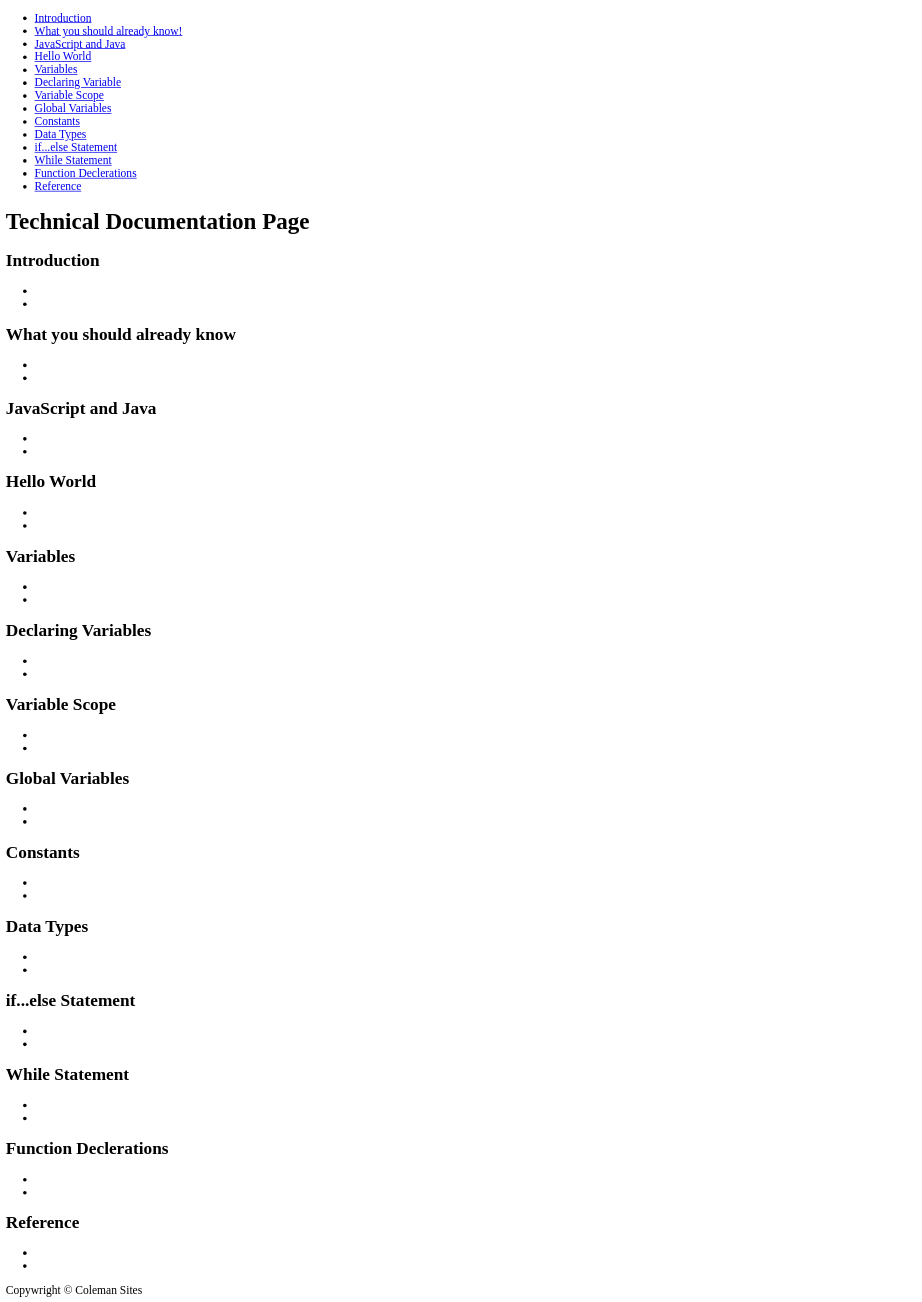
Repository: ctcoleman/technicalDocumentationPage
Page: index.html
The author's editor kept a copy of each file at every save. The page is drawn from the files as they stood at one save, then again after the next save.
The browser window is 1280 px wide. The pictures show the whole page, at 72% of full size.

Above is the page before, as saved 2020-07-09 21:51:09.

After the next save:
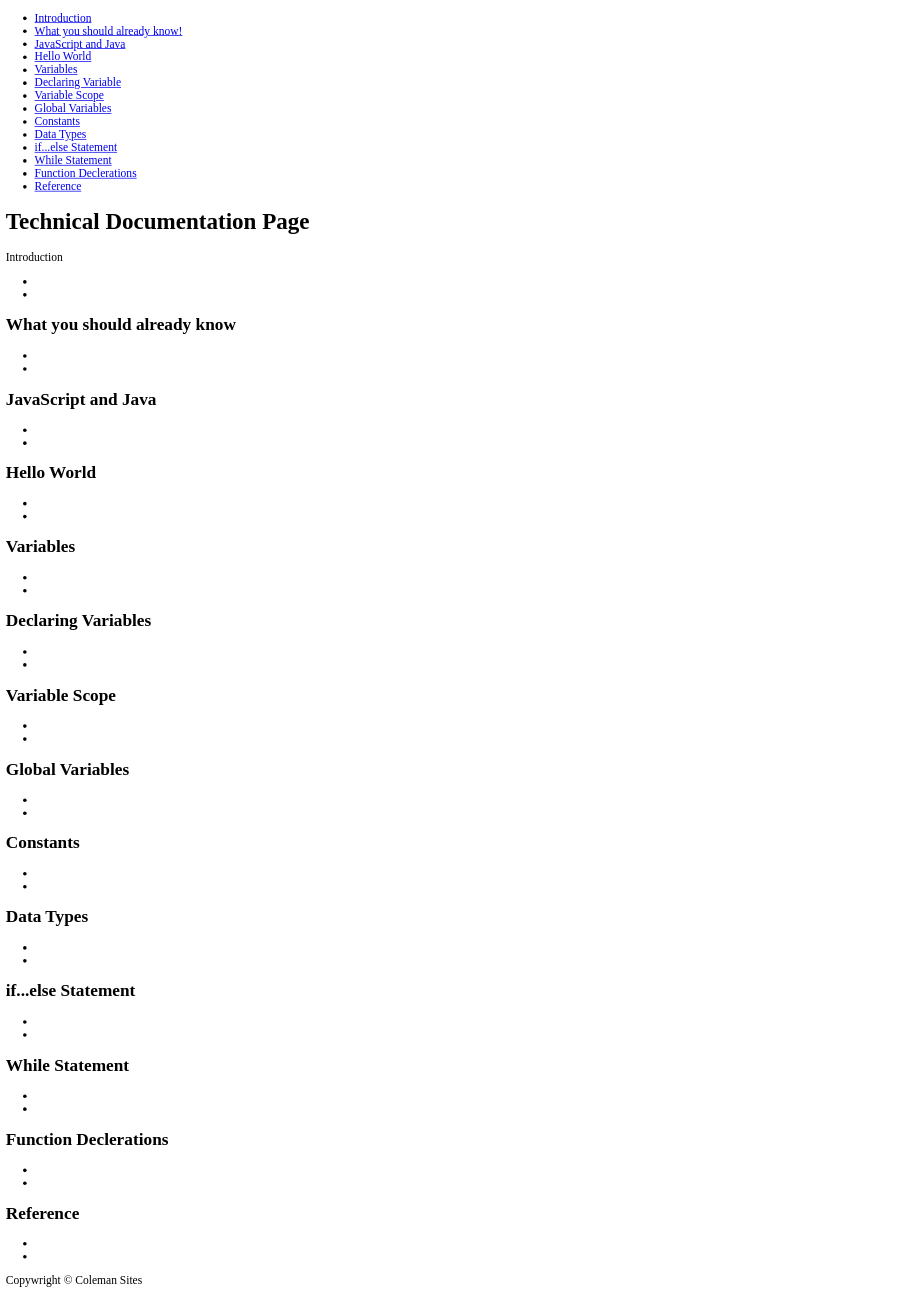
Saved 6 s later.
--- a/index.html
+++ b/index.html
@@ -57,7 +57,7 @@
   <main id="main-doc">
 
 
-    <section class="main-section" id='Introduction'>
+    <section class="main-section" id="Introduction'>
       <h2 class="topic-header">Introduction</h2>
       <article>
         <p>

After the save that followed:
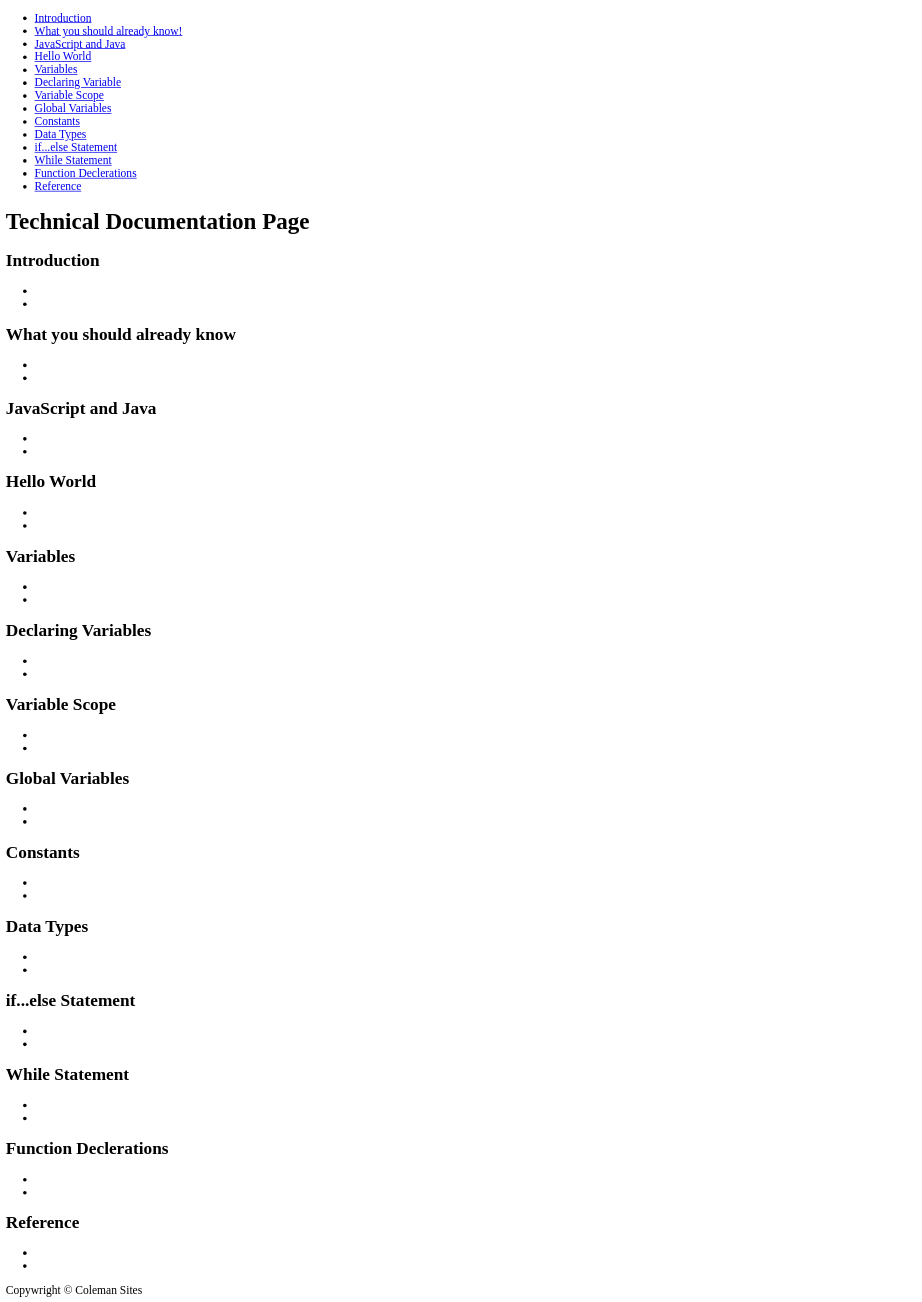
Saved 4 s later.
--- a/index.html
+++ b/index.html
@@ -57,7 +57,7 @@
   <main id="main-doc">
 
 
-    <section class="main-section" id="Introduction'>
+    <section class="main-section" id="Introduction">
       <h2 class="topic-header">Introduction</h2>
       <article>
         <p>
